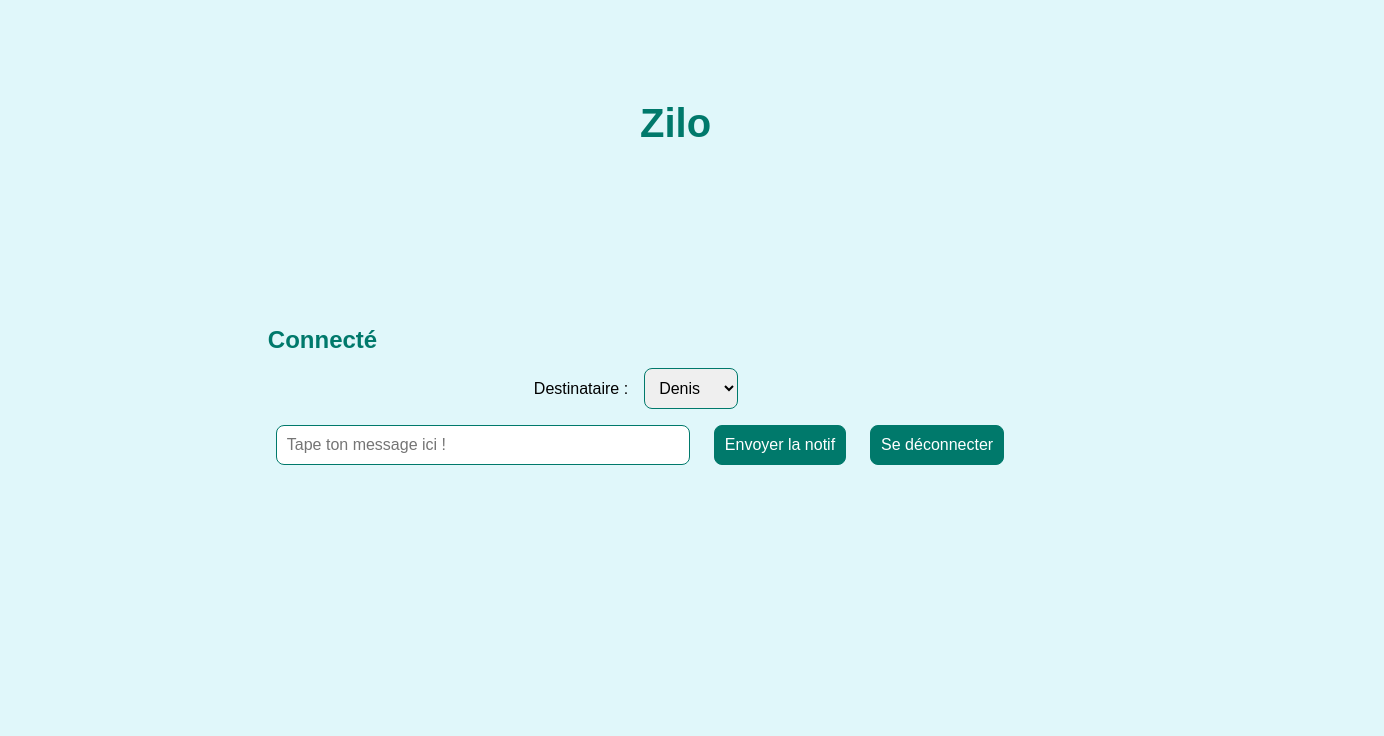
Repository: nlagardere/LumoNet
Page: public/index.html
The author's editor kept a copy of each file at every save. The page is drawn from the files as they stood at one save, then again after a run of saves.
The browser window is 1280 px wide. The page is 1384 px wide, then 1280 px, so the pictures cover 1384 px, including what lies to the right of the window. The pictures show the whole page.

Above is the page before, as saved 2025-08-18 20:00:41.

### public/index.html
<!DOCTYPE html>
<html lang="fr">
<head>
  <meta charset="UTF-8" />
  <meta name="viewport" content="width=device-width, initial-scale=1.0" />
  <title>Zilo</title>
  <style>
    body {
      font-family: Arial, sans-serif;
      display:flex; flex-direction:column;
      align-items:center; justify-content:center;
      height:100vh; background:#e0f7fa;
    }

    h1, h2 {
      color:#00796b;
      margin:6px 0;
    }

    select, input, button {
      margin:8px;
      padding:10px;
      font-size:16px;
      border-radius:8px;
      border:1px solid #00796b;
    }

    button {
      background:#00796b;
      color:#fff;
      cursor:pointer;
    }

    button:hover{
      background:#004d40;
    }

    .row{
      display:flex;
      gap:8px;
      flex-wrap:wrap;
      align-items:center;
      justify-content:center;
    }


     .card h1 {
      font-size:2.5em;
      margin-bottom:12px;
      position: relative;
      top: -80%;
      left: 50%;
     }


  </style>
</head>
<body>
  <div class="card">
    <h1>Zilo</h1>
    <h2 id="welcome">Connecté</h2>

    <div class="row">
      <label for="recipient">Destinataire :</label>
      <select id="recipient">
        <option value="denis">Denis</option>
        <option value="nathan">Nathan</option>
      </select>
    </div>

    <div class="row">
      <input id="message" type="text" placeholder="Tape ton message ici !" size="40" />
      <button id="send">Envoyer la notif</button>
      <button id="logout">Se déconnecter</button>
    </div>
  </div>

  <script>
    const messageInput = document.getElementById('message');

    async function send(){
      const recipient = document.getElementById('recipient').value;
      const message = messageInput.value.trim();
      if(!message){ alert('Écris un message !'); return; }

      const res = await fetch('/api/send', {
        method:'POST', headers:{'Content-Type':'application/json'},
        body: JSON.stringify({ recipient, message })
      });
      const data = await res.json();
      if(data.ok){
        messageInput.value = '';
        alert('Notification envoyée !');
      } else {
        if(res.status === 401){
          // non connecté → renvoie vers la connexion
          window.location.href = '/login.html';
        } else {
          alert('Erreur : ' + (data.error||'inconnue'));
        }
      }
    }

    async function logout(){
      await fetch('/api/logout');
      window.location.href = '/login.html';
    }

    document.getElementById('send').addEventListener('click', send);
    document.getElementById('logout').addEventListener('click', logout);
    messageInput.addEventListener('keydown', e => { if(e.key==='Enter') send(); });
  </script>
</body>
</html>

After the next 2 saves:
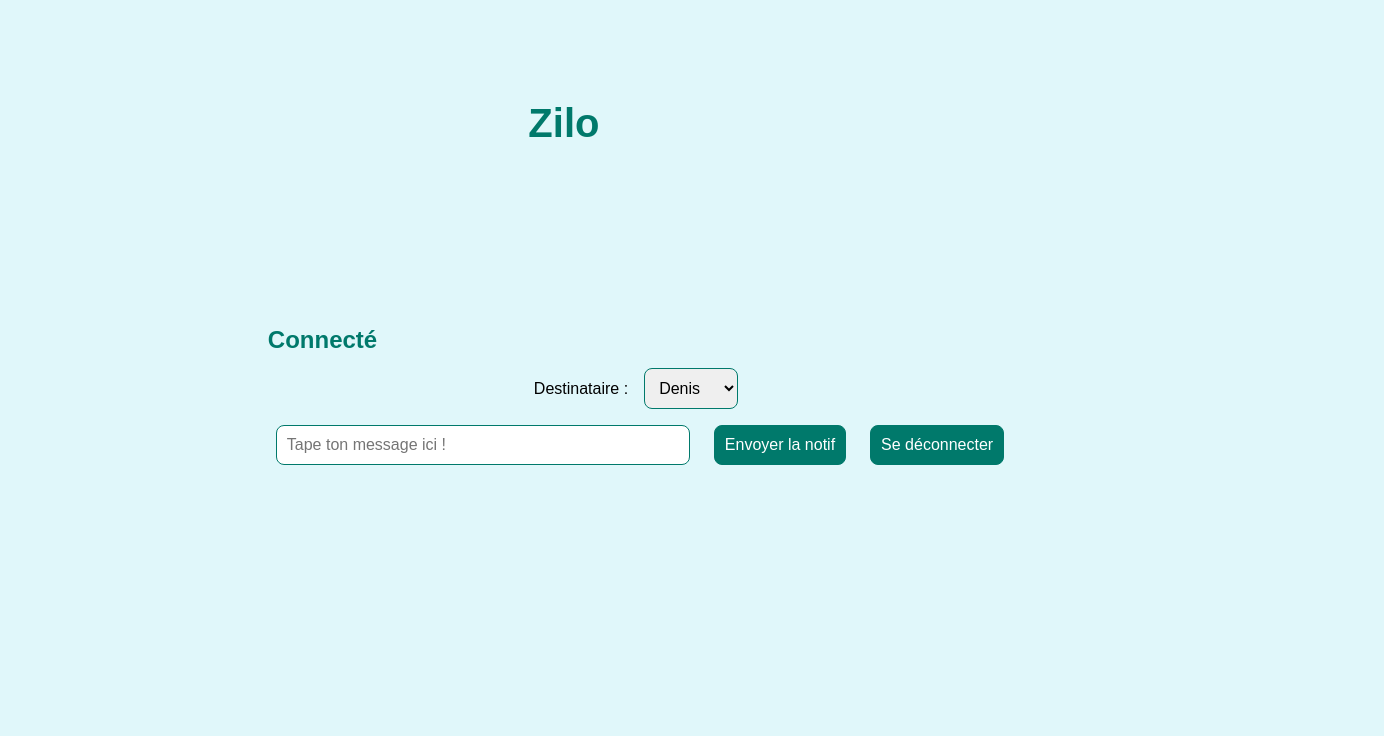
The 2 saves are shown as one change because they came seconds apart.
The last was saved 7 s later.
--- a/public/index.html
+++ b/public/index.html
@@ -49,7 +49,7 @@
       margin-bottom:12px;
       position: relative;
       top: -80%;
-      left: 50%;
+      left: 35%;
      }
 
 
